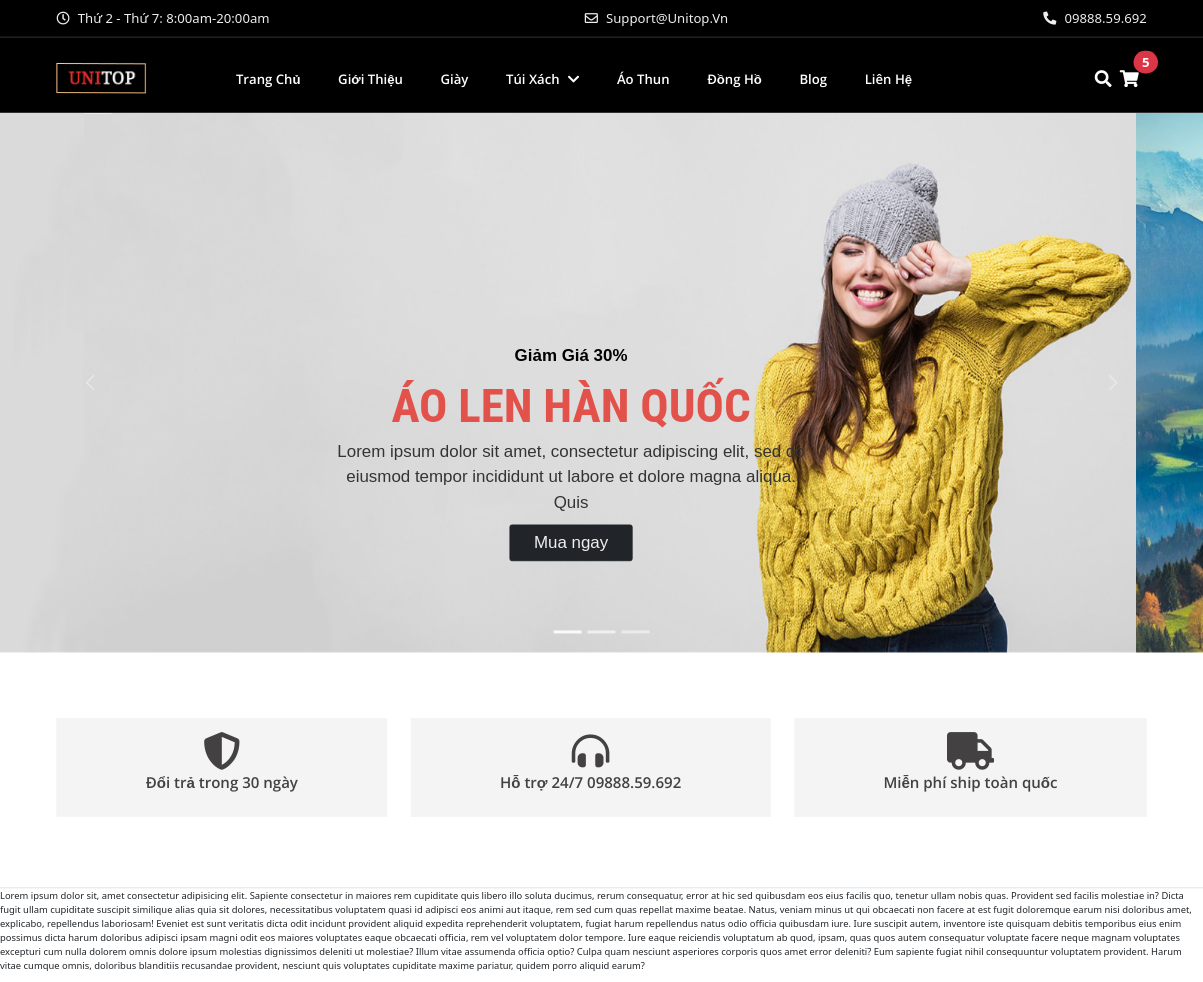
Repository: vinhtk0209/clothes-shop
Page: index.html
An editor plug-in stored every save of this project. The page is shown before and after the next save, followed by the edit.
The browser window is 1280 px wide. The pictures show the whole page, at 94% of full size.

Above is the page before, as saved 2021-10-04 17:36:17.

After the next save:
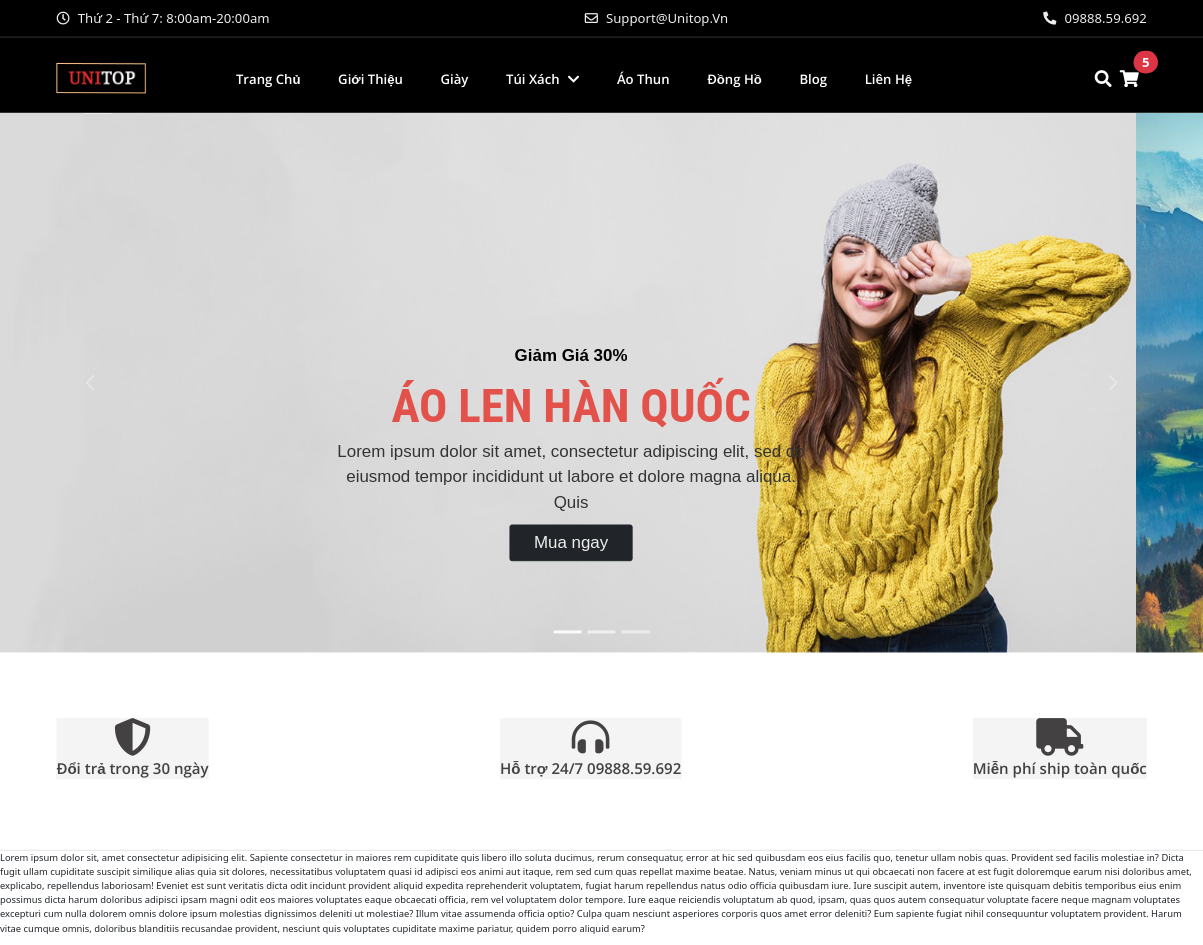
Saved 10 s later.
--- a/assets/css/main.css
+++ b/assets/css/main.css
@@ -159,7 +159,7 @@ ul.sub-menu li a:hover{
 }
 .box-offer{
     background-color: #f4f4f4;
-    padding:  15px  95px  25px  ;
+    padding:  15px  95=8px  25px  ;
     font-size: 1.6rem;
     color:#434141;
     font-weight: 600;
